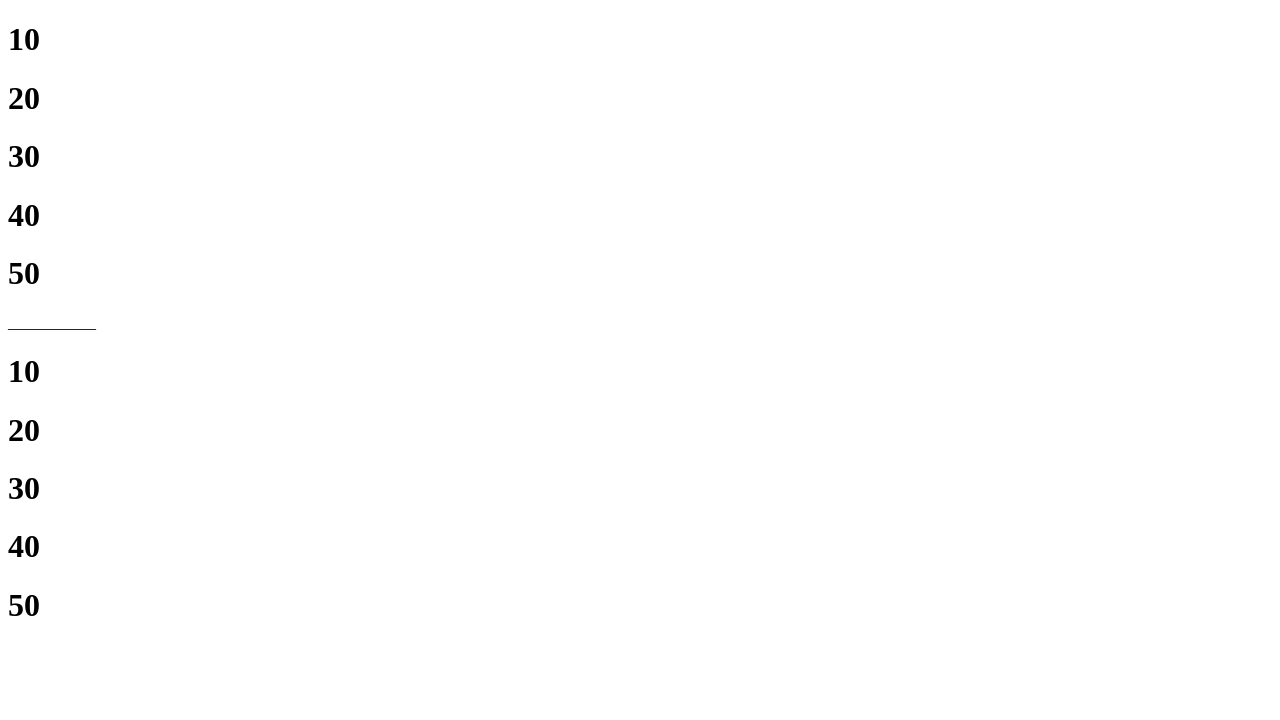
Repository: BEOMJINI/greenJsp
Page: http://localhost/basic/기본.jsp
These files come from the project's save history. The page is drawn as it stood at one moment and after the next save; the edit follows.
The browser window is 1280 px wide. The pictures show the whole page.
The page is served by Tomcat 9.

Above is the page before, as saved 2023-02-21 14:43:13.

After the next save:
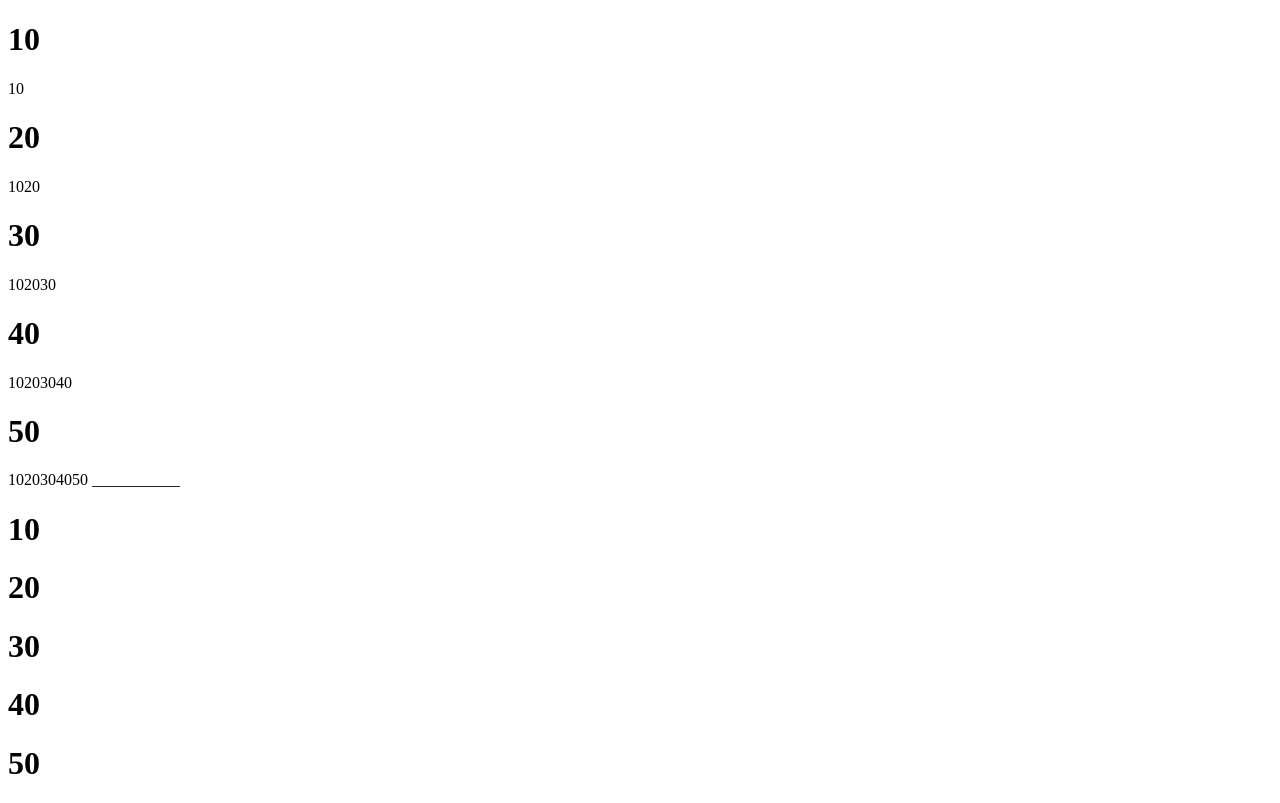
Saved 76 s later.
--- a/jspWorkspace/basic/src/main/webapp/기본.jsp
+++ b/jspWorkspace/basic/src/main/webapp/기본.jsp
@@ -37,11 +37,12 @@
 --%>
 <%
    int[] arr = {10,20,30,40,50};
-
+String data = "";
 for(int i =0; i < arr.length; i++){
 	 //자바에서 html 태그를 생성하는 방식 , system 없음
   out.println("<h1>" + arr[i]+"</h1>");
-
+ data+=arr[i];
+ out.println(data);
 }
 out.println("___________");
 %>
